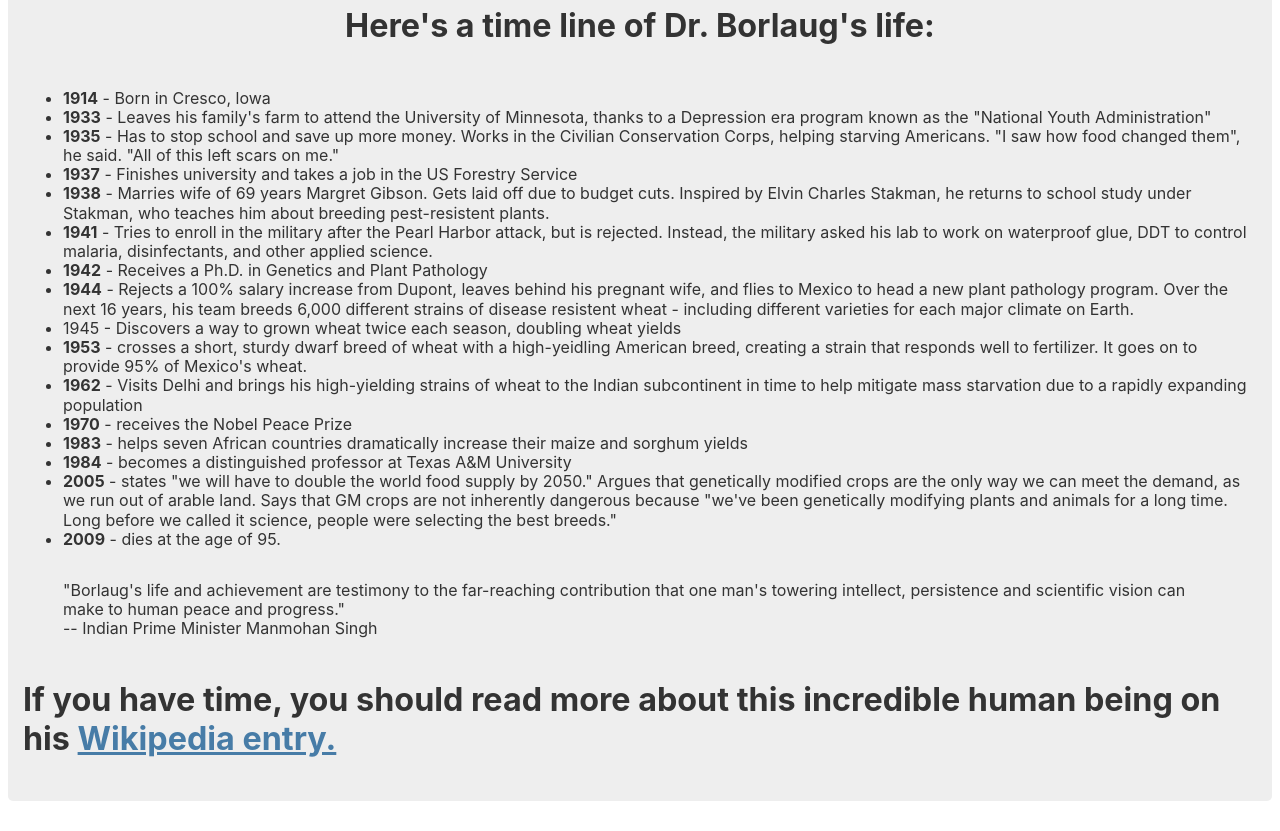
Repository: Lungdjos/tribute-page-certificate
Page: index.html
These files come from the project's save history. The page is drawn as it stood at one moment and after the next save; the edit follows.
The browser window is 1280 px wide. The pictures show the part of the page from y = 544 to 1412 px (the page is 1375 px tall before and 1412 px after).
A picture or video elsewhere on the page could not be fetched, so the positions and the page height are approximate.

Above is the page before, as saved 2023-10-30 12:47:55.

### index.html
<!DOCTYPE html>
<html lang="en">

<head>
    <meta charset="UTF-8">
    <meta name="viewport" content="width=device-width, initial-scale=1.0">
    <title>Document</title>
    <link rel="stylesheet" href="styles.css">
</head>

<body>
    <main id="main">
        <h1 id="title">Dr. Norman Borlaug</h1>
        <p>The man who saved a billion lives</p>
        <div id="img-div">
            <img id="image" src="https://cdn.freecodecamp.org/testable-projects-fcc/images/tribute-page-main-image.jpg" alt="">
            <figcaption id="img-caption">Dr. Norman Borlaug, third from the left, trains biologists in Mexico on how to increase wheat yields - part of his life-long war on hunger.</figcaption>
        </div>
        <div id="tribute-info">
            <h2>Here's a time line of Dr. Borlaug's life:</h2>
            <ul>
                <li><strong>1914</strong> - Born in Cresco, lowa</li>
                <li><strong>1933</strong> - Leaves his family's farm to attend the University of Minnesota, thanks to a Depression era program known as the "National Youth Administration"</li>
                <li><strong>1935</strong> - Has to stop school and save up more money. Works in the Civilian Conservation Corps, helping starving Americans. "I saw how food changed them", he said. "All of this left scars on me."</li>
                <li><strong>1937</strong> - Finishes university and takes a job in the US Forestry Service</li>
                <li><strong>1938</strong> - Marries wife of 69 years Margret Gibson. Gets laid off due to budget cuts. Inspired by Elvin Charles Stakman, he returns to school study under Stakman, who teaches him about breeding pest-resistent plants.</li>
                <li><strong>1941</strong> - Tries to enroll in the military after the Pearl Harbor attack, but is rejected. Instead, the military asked his lab to work on waterproof glue, DDT to control malaria, disinfectants, and other applied science.</li>
                <li><strong>1942</strong> - Receives a Ph.D. in Genetics and Plant Pathology</li>
                <li><strong>1944</strong> - Rejects a 100% salary increase from Dupont, leaves behind his pregnant wife, and flies to Mexico to head a new plant pathology program. Over the next 16 years, his team breeds 6,000 different strains of disease
                    resistent wheat - including different varieties for each major climate on Earth.</li>
                <li>1945<strong></strong> - Discovers a way to grown wheat twice each season, doubling wheat yields</li>
                <li><strong>1953</strong> - crosses a short, sturdy dwarf breed of wheat with a high-yeidling American breed, creating a strain that responds well to fertilizer. It goes on to provide 95% of Mexico's wheat.</li>
                <li><strong>1962</strong> - Visits Delhi and brings his high-yielding strains of wheat to the Indian subcontinent in time to help mitigate mass starvation due to a rapidly expanding population</li>
                <li><strong>1970</strong> - receives the Nobel Peace Prize</li>
                <li><strong>1983</strong> - helps seven African countries dramatically increase their maize and sorghum yields</li>
                <li><strong>1984</strong> - becomes a distinguished professor at Texas A&M University</li>
                <li><strong>2005</strong> - states "we will have to double the world food supply by 2050." Argues that genetically modified crops are the only way we can meet the demand, as we run out of arable land. Says that GM crops are not inherently
                    dangerous because "we've been genetically modifying plants and animals for a long time. Long before we called it science, people were selecting the best breeds."</li>
                <li><strong>2009</strong> - dies at the age of 95.</li>

            </ul>
            <blockquote>"Borlaug's life and achievement are testimony to the far-reaching contribution that one man's towering intellect, persistence and scientific vision can make to human peace and progress."<br> -- Indian Prime Minister Manmohan Singh</blockquote>
            <h2 class="foot">If you have time, you should read more about this incredible human being on his
                <a href="https://en.wikipedia.org/wiki/Norman_Borlaug" target="_blank" id="tribute-link">Wikipedia entry.</a></h2>
        </div>
    </main>

</body>

</html>

### styles.css
    html {
        font-size: 10px;
    }

    body {
        background: #fff;
        text-align: center;
        color: #333;
        margin: 0;
        line-height: 1.2;
        font-size: 1.6rem;
        font-family: -apple-system, BlinkMacSystemFont, 'Segoe UI', 'Roboto', 'Helvetica Neue', Arial, sans-serif;
    }

    h1 {
        font-size: 4rem;
        margin-top: 0;
    }

    @media (max-width: 40px) {
        h1 {
            font-size: 3.5rem;
            line-height: 1.2;
        }
    }

    h2 {
        font-size: 3.23rem;
    }

    #main {
        background: #eee;
        margin: 30px 8px;
        border-radius: 5px;
        padding: 15px;
    }

    @media (max-width: 460px) {
        #main {
            margin: 0;
        }
    }
    /* image styling */

    #img-div {
        background: #fff;
        padding: 10px;
        margin: 0;
    }

    #img-caption {
        margin: 15px 0;
    }

    img {
        max-width: 100%;
        display: block;
        height: auto;
        margin: 0 auto;
    }
    /* tribute infomation */

    #tribute-info {
        display: flex;
        justify-content: center;
        flex-wrap: wrap;
        text-align: left;
    }

    blo {
        font-style: italic;
        max-width: 545px;
        margin: 0 auto 50px auto;
        text-align: left;
    }

    a {
        color: #477ca7;
    }

    a:visited {
        color: #74638f;
    }

After the next save:
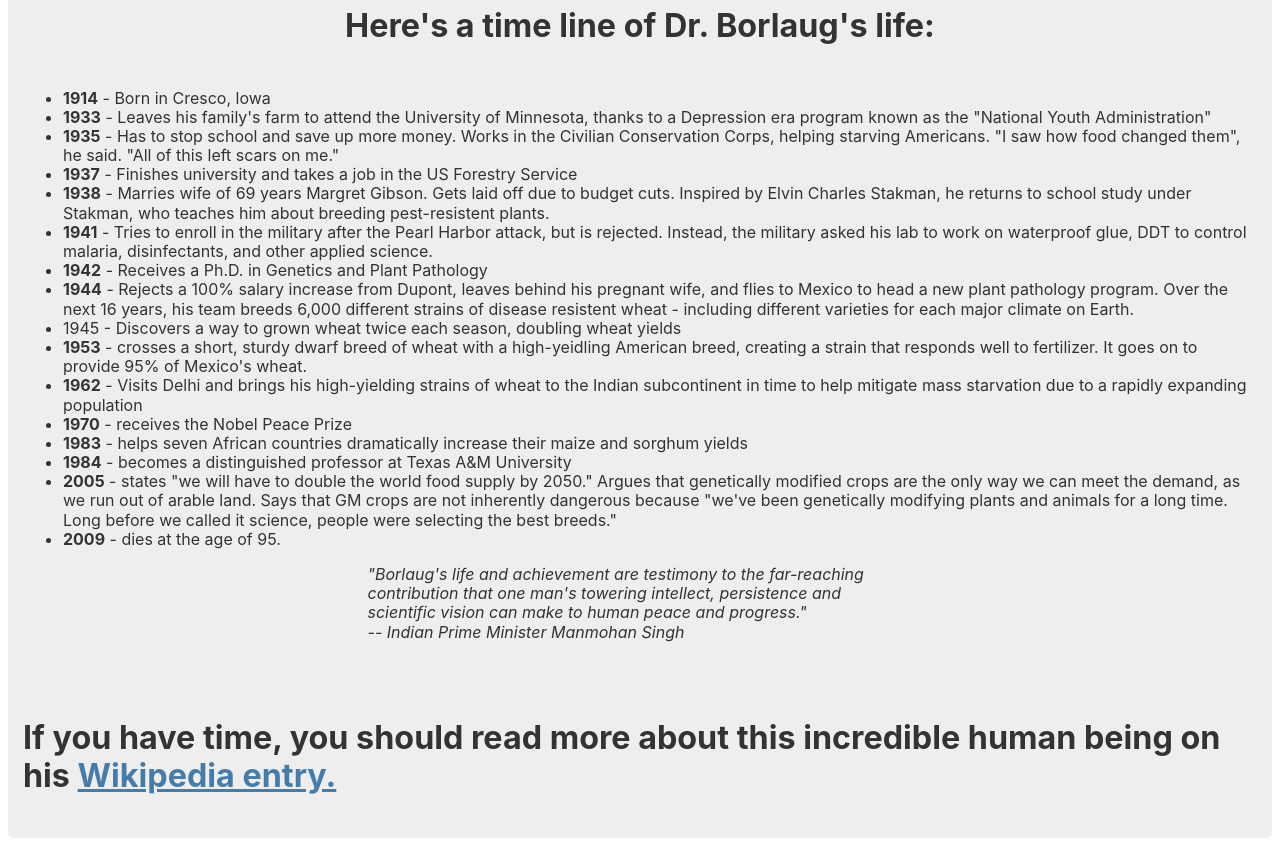
Saved 6 s later.
--- a/styles.css
+++ b/styles.css
@@ -67,7 +67,7 @@
         text-align: left;
     }
 
-    blo {
+    blockquote {
         font-style: italic;
         max-width: 545px;
         margin: 0 auto 50px auto;
